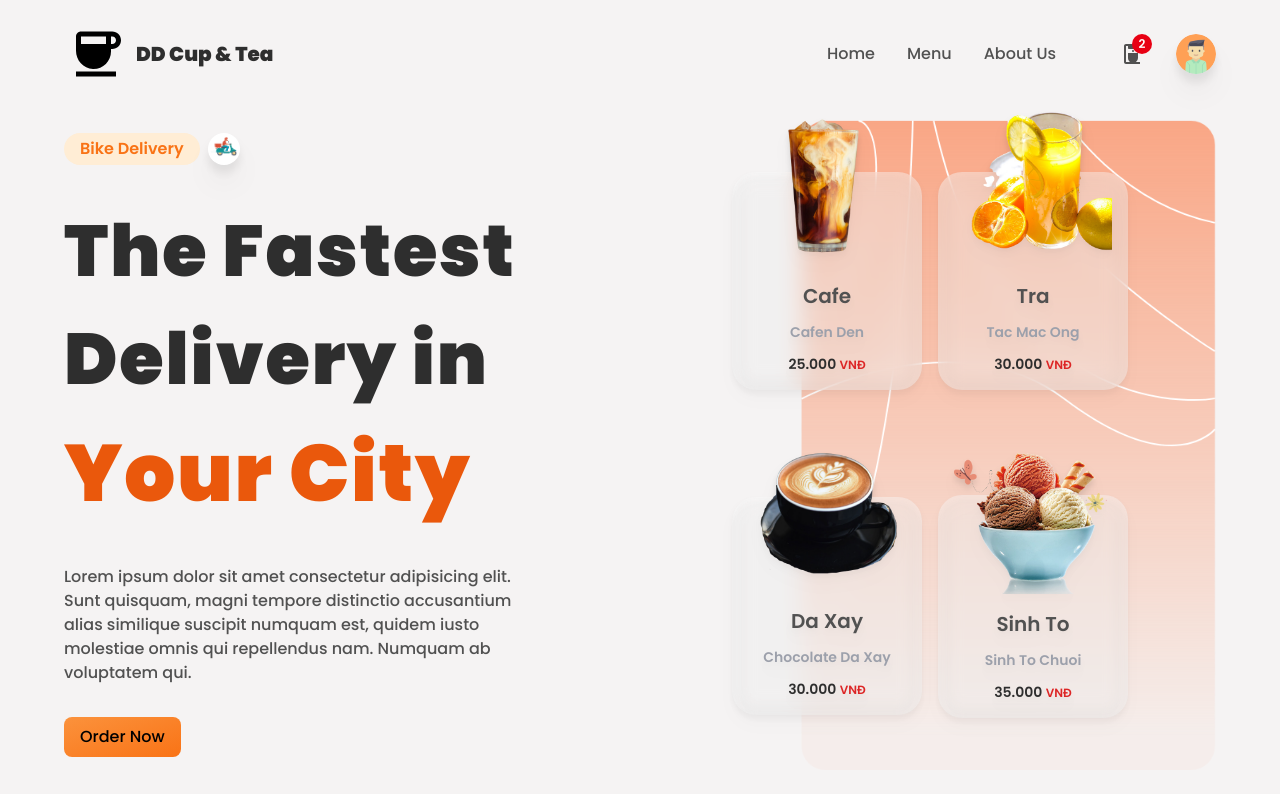
Repository: duongspm/ddcoffee
Page: /
An editor plug-in stored every save of this project. The page is shown before and after the next save, followed by the edit.
The browser window is 1280 px wide. The pictures show the whole page.
The project was rebuilt for these pictures with package versions that can differ from the ones it lists, and the page was loaded fresh each time. Also part of the build but not shown: src/App.css, src/components/CreateContainer.jsx.

Above is the page before, as saved 2022-07-12 20:28:31.

After the next save:
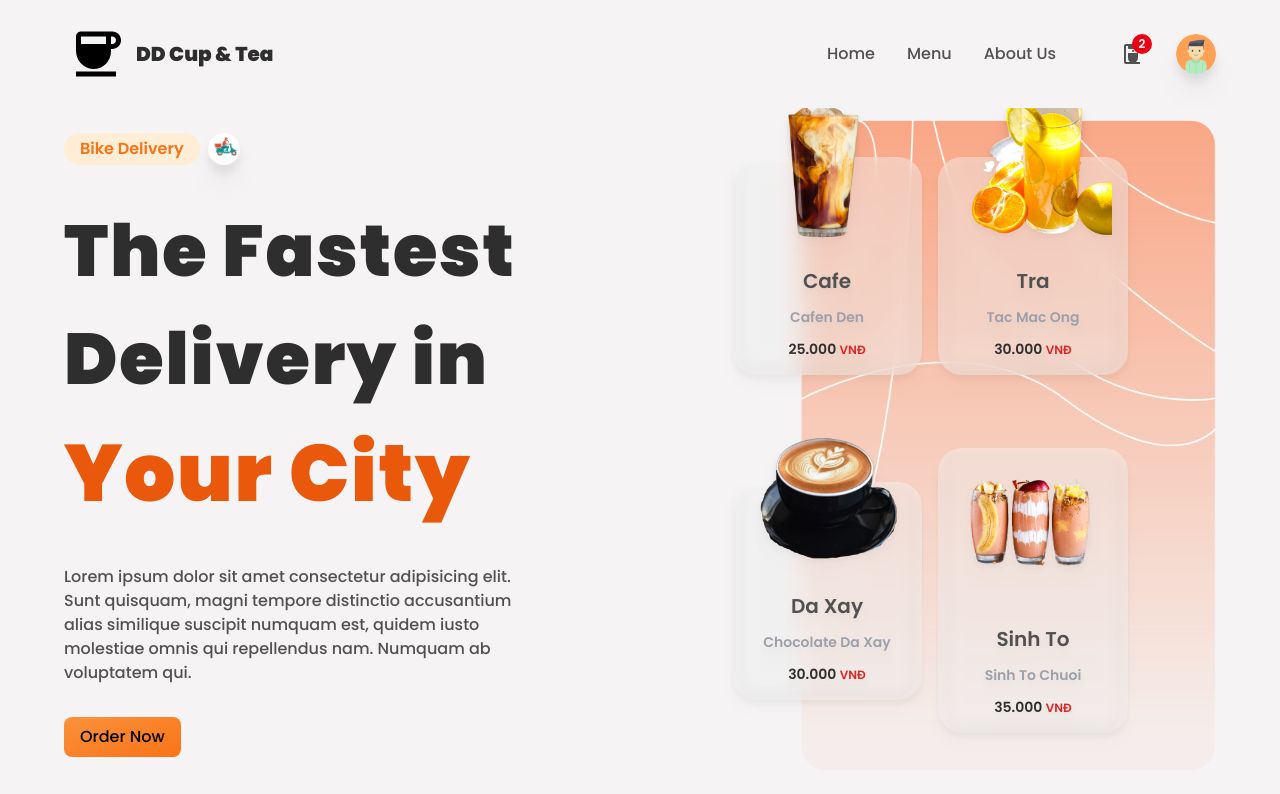
Saved 8 s later.
--- a/src/utils/data.js
+++ b/src/utils/data.js
@@ -1,7 +1,7 @@
 import I1 from '../assets/imgs/bacxiu.png';
 import I2 from '../assets/imgs/cam.png';
 import I3 from '../assets/imgs/capu.png';
-import I4 from '../assets/imgs/i4.png';
+import I4 from '../assets/imgs/chuoi.png';
 const heropData = [
     {id : 1, name: 'Cafe', decp : 'Cafen Den', price : '25.000', imageSrc : I1},
     {id : 2, name: 'Tra', decp : 'Tac Mac Ong', price : '30.000', imageSrc : I2},
